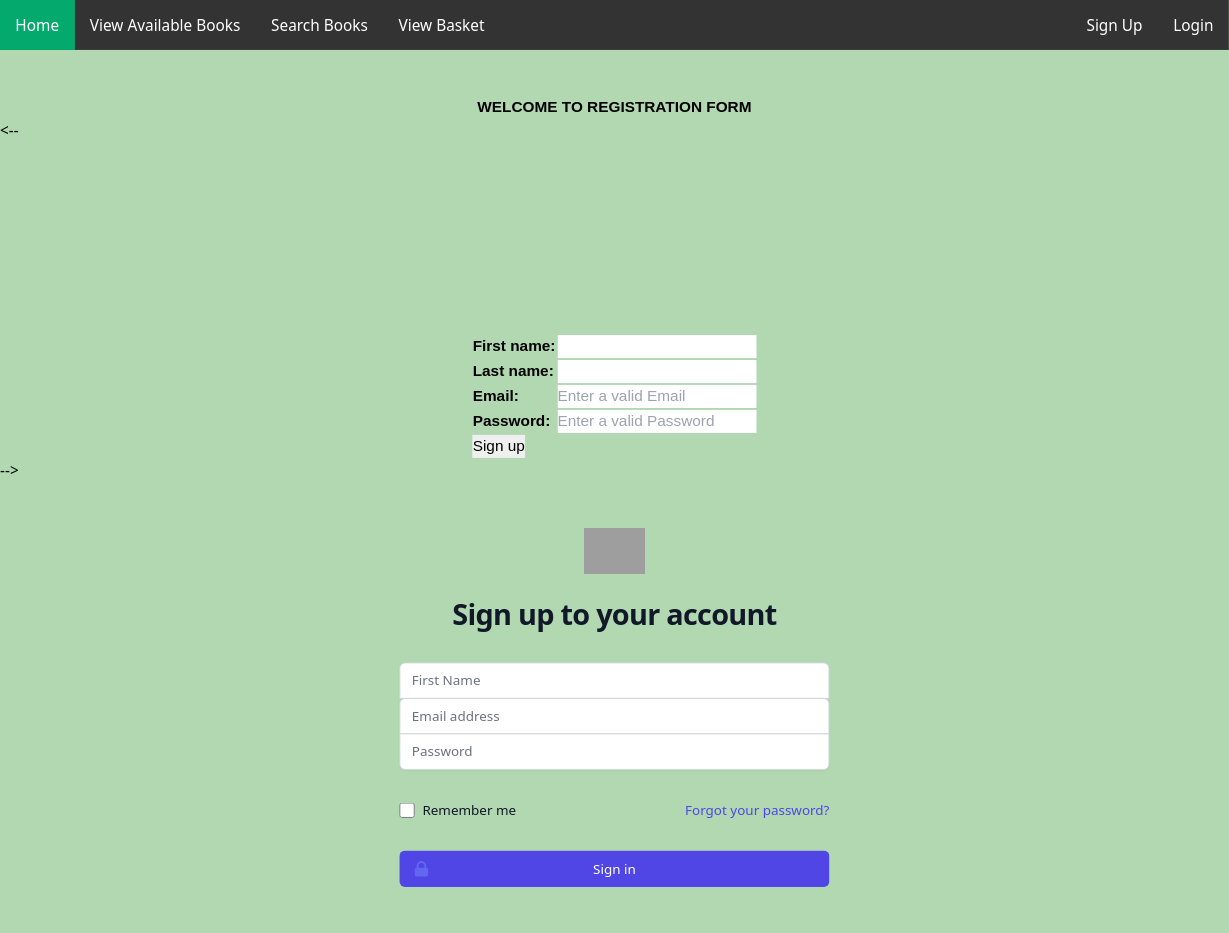
Repository: sach7691/original-book-store
Page: http://localhost/online-book-store-application/
An editor plug-in stored every save of this project. The page is shown before and after the next save, followed by the edit.
The browser window is 1280 px wide. The pictures show the whole page, at 96% of full size.
Pictures or frames that could not be fetched are drawn as grey boxes. The page is served by Tomcat 9. Other server files are loaded and not shown.

Above is the page before, as saved 2022-08-25 16:43:16.

### online-book-store-application/src/main/webapp/index.jsp
<%@ page language="java" contentType="text/html; charset=ISO-8859-1"
	pageEncoding="ISO-8859-1"%>

<!DOCTYPE html>
<html>
<head>
<meta charset="ISO-8859-1">
<title>Registration Form</title>
<style>
body {margin: 0;
 background: rgba(0, 128, 0, 0.3);}

 table {
	font-family : Arial, Helvetica, sans-serif;
	font-size : 100%;
    font-weight: bold;
    background-color: light green
}
 h1 {
   color: black;
   font-family: Arial;
   text-align: center
 }
 table.center {
  margin-left: auto;
  margin-right: auto;
}


ul.topnav {
  list-style-type: none;
  margin: 0;
  padding: 0;
  overflow: hidden;
  background-color: #333;
}

ul.topnav li {float: left;}

ul.topnav li a {
  display: block;
  color: white;
  text-align: center;
  padding: 14px 16px;
  text-decoration: none;
}

ul.topnav li a:hover:not(.active) {background-color: #111;}

ul.topnav li a.active {background-color: #04AA6D;}

ul.topnav li.right {float: right;}

@media screen and (max-width: 600px) {
  ul.topnav li.right,
  ul.topnav li {float: none;}
}
</style>
</head>
<body>

<div>
<ul class="topnav">
  <li><a class="active" href="welcome.jsp">Home</a></li>
  <li><a href="http://localhost:8080/online-book-store-application/ViewBookServlet">View Available Books</a></li>
  <li><a href="search_book.jsp">Search Books</a></li>
  <li><a href="http://localhost:8080/online-book-store-application/BasketViewServlet">View Basket</a></li>
  <li class="right"><a href="login.jsp">Login</a></li>
  <li class="right"><a href="index.jsp">Sign Up</a></li>
</ul>
</div>
<BR>
<BR>
<div><h1><b>WELCOME TO REGISTRATION FORM</b></h1></div>

<--	<form action="http://localhost:8080/online-book-store-application/CustomerRegistrationServlet" method="POST">
		<table class ="center" style ="margin-top:200px">
		<tr>
		<td><label for="firstName">First name:</label><br> </td>
		<td><input type="text" id="firstName" name="firstName" value="" ><br></td>
		</tr>
		<tr>
		<td><label for="lastName">Last name:</label><br></td>
		<td><input type="text" id="lastName" name="lastName" value=""><br></td>
		</tr>
		<tr>
		<td><label for="customerEmail">Email:</label><br> </td>
		<td><input type="text" id="customerEmail" name="customerEmail" placeholder="Enter a valid Email"><br></td>
		</tr>
		<tr>
		<td><label for="customerpassword">Password:</label><br> </td>
		<td><input type="password" id="customerpassword" name="customerpassword" placeholder="Enter a valid Password"><br></td>
		</tr>
		<tr>
		<td><input type="submit" class="signupbtn" value="Sign up"></td>
		</tr>
		</table>
	-->

<link href="https://unpkg.com/tailwindcss@%5E1.0/dist/tailwind.min.css"  rel="stylesheet">

 <div class="min-h-full flex items-center justify-center py-12 px-4 sm:px-6 lg:px-8">
  <div class="max-w-md w-full space-y-8">
    <div>
      <img class="mx-auto h-12 w-auto" src="https://tailwindui.com/img/logos/workflow-mark.svg?color=indigo&shade=600" alt="Workflow">
      <h2 class="mt-6 text-center text-3xl tracking-tight font-bold text-gray-900">Sign up to your account</h2>
    </div>
    <form class="mt-8 space-y-6" action="http://localhost:8080/online-book-store-application/CustomerRegistrationServlet" method="POST">
      <input type="hidden" name="remember" value="true">
      <div class="rounded-md shadow-sm -space-y-px">
      <div>
          <label for="firstName" class="sr-only">First Name</label>
          <input id="firstName" name="firstName" type="firstName" autocomplete="firstName" required class="appearance-none rounded-none relative block w-full px-3 py-2 border border-gray-300 placeholder-gray-500 text-gray-900 rounded-t-md focus:outline-none focus:ring-indigo-500 focus:border-indigo-500 focus:z-10 sm:text-sm" placeholder="First Name">
        </div>
        <div>
          <label for="email-address" class="sr-only">Email address</label>
          <input id="email-address" name="email" type="email" autocomplete="email" required class="appearance-none rounded-none relative block w-full px-3 py-2 border border-gray-300 placeholder-gray-500 text-gray-900 rounded-t-md focus:outline-none focus:ring-indigo-500 focus:border-indigo-500 focus:z-10 sm:text-sm" placeholder="Email address">
        </div>
        <div>
          <label for="password" class="sr-only">Password</label>
          <input id="password" name="password" type="password" autocomplete="current-password" required class="appearance-none rounded-none relative block w-full px-3 py-2 border border-gray-300 placeholder-gray-500 text-gray-900 rounded-b-md focus:outline-none focus:ring-indigo-500 focus:border-indigo-500 focus:z-10 sm:text-sm" placeholder="Password">
        </div>
      </div>

      <div class="flex items-center justify-between">
        <div class="flex items-center">
          <input id="remember-me" name="remember-me" type="checkbox" class="h-4 w-4 text-indigo-600 focus:ring-indigo-500 border-gray-300 rounded">
          <label for="remember-me" class="ml-2 block text-sm text-gray-900"> Remember me </label>
        </div>

        <div class="text-sm">
          <a href="#" class="font-medium text-indigo-600 hover:text-indigo-500"> Forgot your password? </a>
        </div>
      </div>

      <div>
        <button type="submit" class="group relative w-full flex justify-center py-2 px-4 border border-transparent text-sm font-medium rounded-md text-white bg-indigo-600 hover:bg-indigo-700 focus:outline-none focus:ring-2 focus:ring-offset-2 focus:ring-indigo-500">
          <span class="absolute left-0 inset-y-0 flex items-center pl-3">
            <!-- Heroicon name: solid/lock-closed -->
            <svg class="h-5 w-5 text-indigo-500 group-hover:text-indigo-400" xmlns="http://www.w3.org/2000/svg" viewBox="0 0 20 20" fill="currentColor" aria-hidden="true">
              <path fill-rule="evenodd" d="M5 9V7a5 5 0 0110 0v2a2 2 0 012 2v5a2 2 0 01-2 2H5a2 2 0 01-2-2v-5a2 2 0 012-2zm8-2v2H7V7a3 3 0 016 0z" clip-rule="evenodd" />
            </svg>
          </span>
          Sign in
        </button>
      </div>
    </form>
  </div>
</div>




















	</form>




</body>
</html>

After the next save:
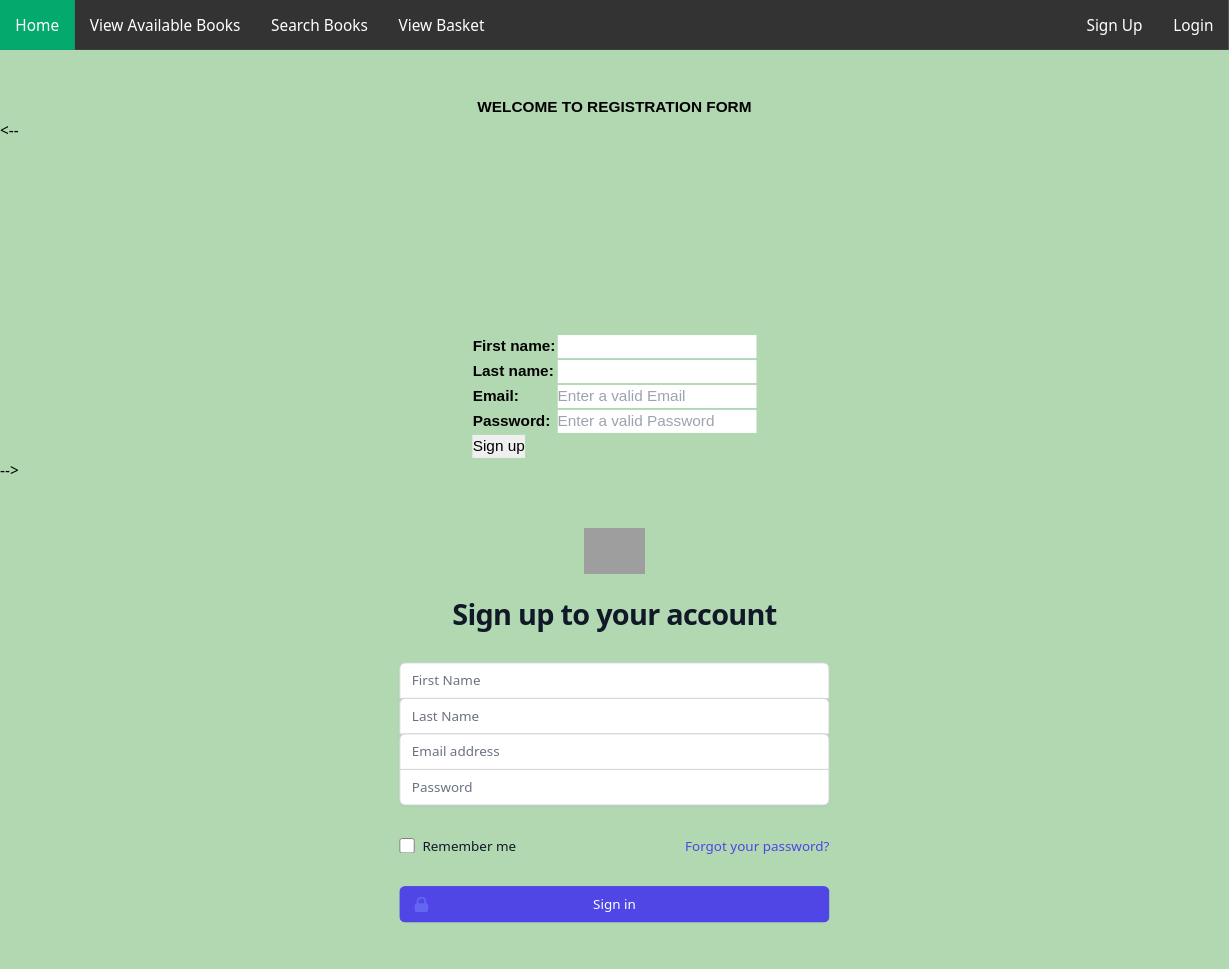
Saved 64 s later.
--- a/online-book-store-application/src/main/webapp/index.jsp
+++ b/online-book-store-application/src/main/webapp/index.jsp
@@ -113,6 +113,10 @@ ul.topnav li.right {float: right;}
           <input id="firstName" name="firstName" type="firstName" autocomplete="firstName" required class="appearance-none rounded-none relative block w-full px-3 py-2 border border-gray-300 placeholder-gray-500 text-gray-900 rounded-t-md focus:outline-none focus:ring-indigo-500 focus:border-indigo-500 focus:z-10 sm:text-sm" placeholder="First Name">
         </div>
         <div>
+          <label for="lastName" class="sr-only">Last Name</label>
+          <input id="lastName" name="lastName" type="lastName" autocomplete="lastName" required class="appearance-none rounded-none relative block w-full px-3 py-2 border border-gray-300 placeholder-gray-500 text-gray-900 rounded-t-md focus:outline-none focus:ring-indigo-500 focus:border-indigo-500 focus:z-10 sm:text-sm" placeholder="Last Name">
+        </div>
+        <div>
           <label for="email-address" class="sr-only">Email address</label>
           <input id="email-address" name="email" type="email" autocomplete="email" required class="appearance-none rounded-none relative block w-full px-3 py-2 border border-gray-300 placeholder-gray-500 text-gray-900 rounded-t-md focus:outline-none focus:ring-indigo-500 focus:border-indigo-500 focus:z-10 sm:text-sm" placeholder="Email address">
         </div>
